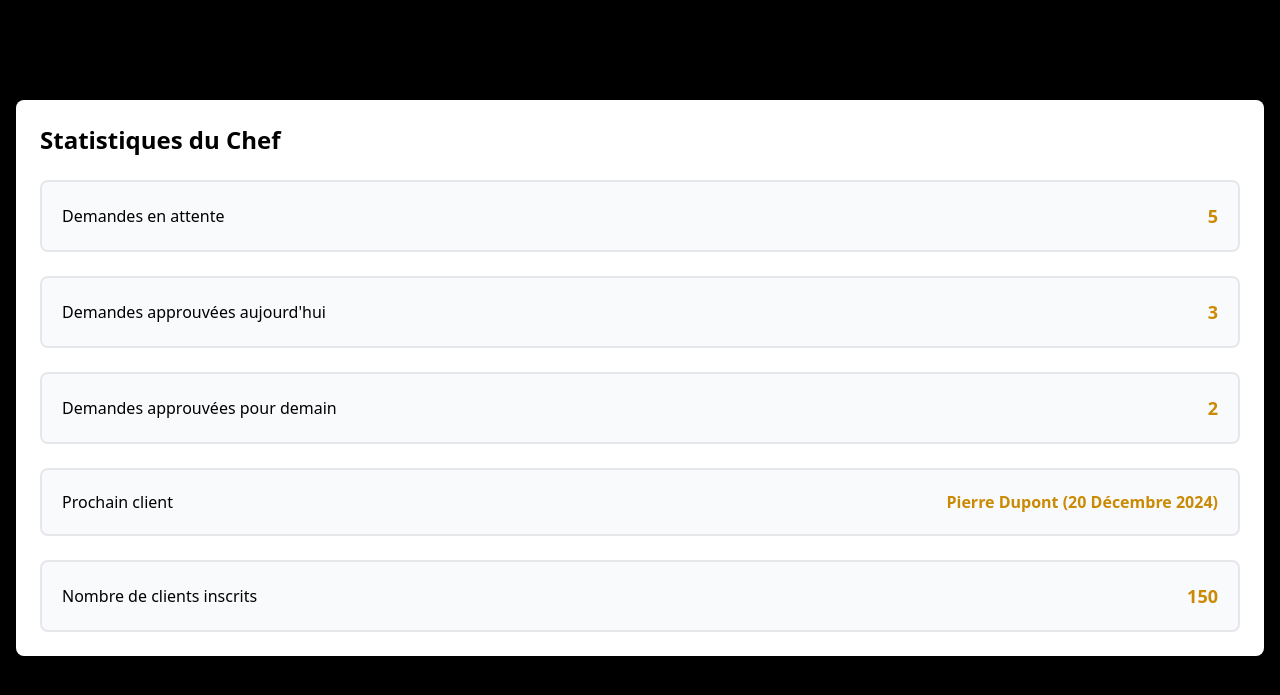
Repository: HamzaChehlaoui/Site-Web-pour-un-Chef-Cuisinier
Page: http://localhost/statistique.php
These files come from the project's save history. The page is drawn as it stood at one moment and after a run of saves; the edit follows.
The browser window is 1280 px wide. The pictures show the whole page.
Some web libraries are served in a nearby version. The page is run by PHP 8.4 with error messages shown; the project is at /var/www/html/.

Above is the page before, as saved 2024-12-18 12:55:05.

After the next 2 saves:
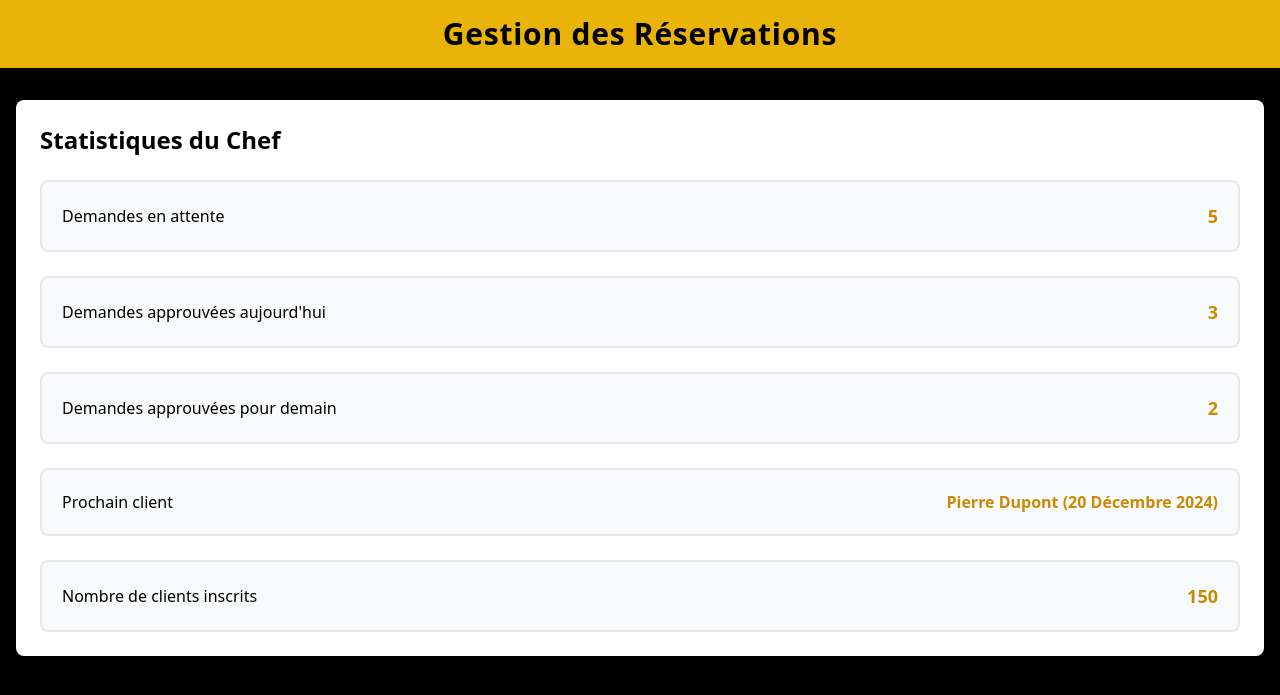
The 2 saves are shown as one change because they came seconds apart.
The last was saved 22 s later.
--- a/statistique.php
+++ b/statistique.php
@@ -30,8 +30,8 @@
 <body class="bg-black text-white font-sans">
 
     <!-- Header -->
-    <header class=" text-black py-4 text-center shadow-md">
-        <h1 class="text-3xl font-extrabold tracking-yellow-500">Gestion des Réservations</h1>
+    <header class="bg-yellow-500 text-black py-4 text-center shadow-md">
+        <h1 class="text-3xl font-extrabold tracking-wide ">Gestion des Réservations</h1>
     </header>
 
     <!-- Main Content -->

After the 3 saves that followed:
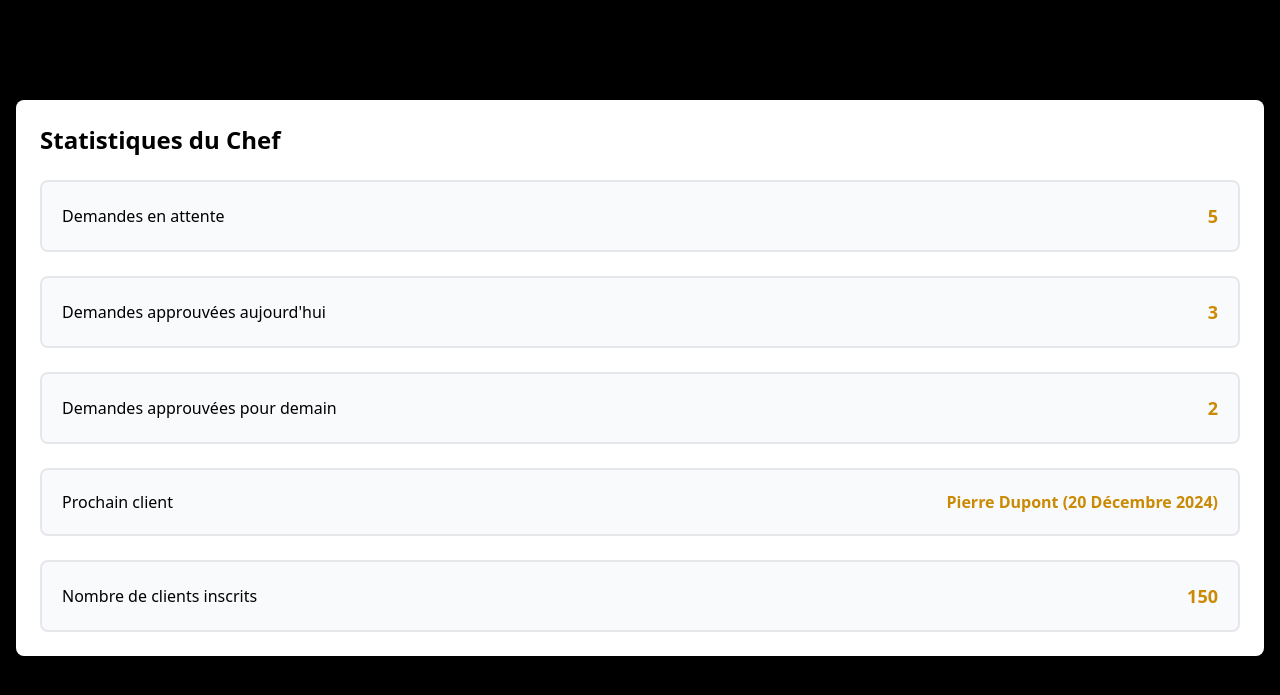
The 3 saves are shown as one change because 1 left the picture as it was and some came seconds apart.
The last was saved 14 s later.
--- a/statistique.php
+++ b/statistique.php
@@ -30,8 +30,8 @@
 <body class="bg-black text-white font-sans">
 
     <!-- Header -->
-    <header class="bg-yellow-500 text-black py-4 text-center shadow-md">
-        <h1 class="text-3xl font-extrabold tracking-wide ">Gestion des Réservations</h1>
+    <header class=" text-black py-4 text-center shadow-md">
+        <h1 class="text-3xl font-extrabold tracking-wide txet-yellow-500">Gestion des Réservations</h1>
     </header>
 
     <!-- Main Content -->
